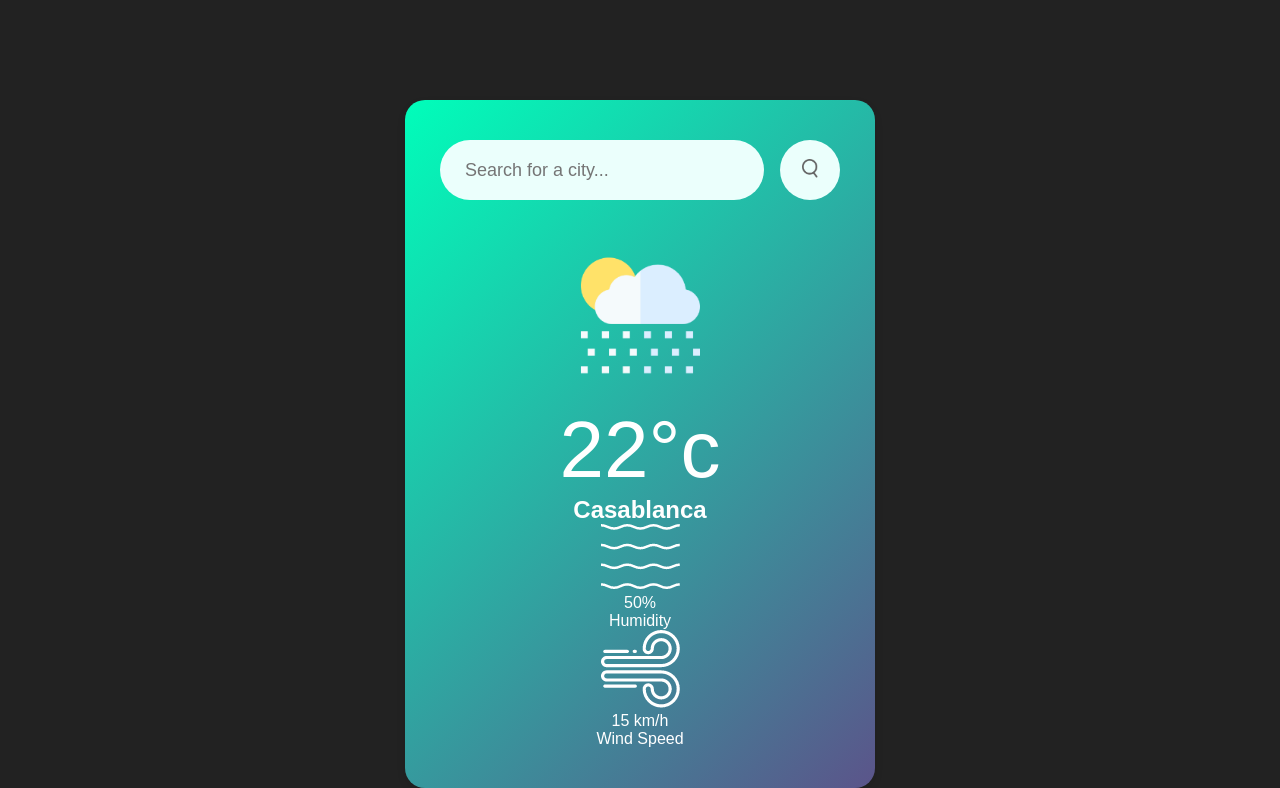
Repository: Abdelilah-Lakrim/Weather-App
Page: index.html
The author's editor kept a copy of each file at every save. The page is drawn from the files as they stood at one save, then again after a run of saves.
The browser window is 1280 px wide. The pictures show the whole page.

Above is the page before, as saved 2025-06-17 11:16:25.

### index.html
<!DOCTYPE html>
<html>
<head>
    <meta charset="UTF-8" />
    <title>Weather App</title>
    <link rel="stylesheet" href="style.css" >
</head>
<body>

    <div class="card">
        <div class="search">
            <input type="text" placeholder="Search for a city..." spellcheck="false" />
            <button><img src="images/search.png"></button>
        </div>
        <div class="weather">
            <img src="images/rain.png" class="weather-icon">
            <h1 class="temp">22°c</h1>
            <h2 class="city">Casablanca</h2>
            <div class="details">
                <div class="col">
                    <img src="images/humidity.png">
                    <div>
                        <p class="humidity">50%</p>
                        <p>Humidity</p>
                    </div>
                </div>
                <div class="col">
                    <img src="images/wind.png">
                    <div>
                        <p class="wind">15 km/h</p>
                        <p>Wind Speed</p>
                    </div>
                </div>
            </div>
        </div>
    </div>

</body>
</html>

### style.css
*{
    margin: 0;
    padding: 0;
    font-family: 'Poppins', sans-serif;
    box-sizing: border-box;
}
body{
    background-color: #222;
    color: #333;
}
.card{
    width: 90%;
    max-width: 470px;
    background: linear-gradient(135deg, #00feba, #5b548a);
    color: #fff;
    margin: 100px auto  0;
    padding: 40px 35px;
    border-radius: 20px;
    box-shadow: 0 4px 8px rgba(0, 0, 0, 0.1);
    overflow: hidden;
    position: relative;
    text-align: center;
}
.search{
    width: 100%;
    display: flex;
    align-items: center;
    justify-content: space-between;
}

.search input{
    border: 0;
    outline: 0;
    background: #ebfffc;
    color: #333;
    padding: 10px 25px;
    height: 60px;
    border-radius: 30px;
    flex: 1;
    margin-right: 16px;
    font-size: 18px;
}

.search button{
    border: 0;
    outline: 0;
    background: #ebfffc;
    height: 60px;
    width: 60px;
    border-radius: 50px;
    cursor: pointer;
}
.search button img{
    width: 16px;
}

.weather-icon{
    width: 170px;
    margin-top: 30px;

}

.weather h1{
    font-size: 80px;
    font-weight: 500;
}

After the next 2 saves:
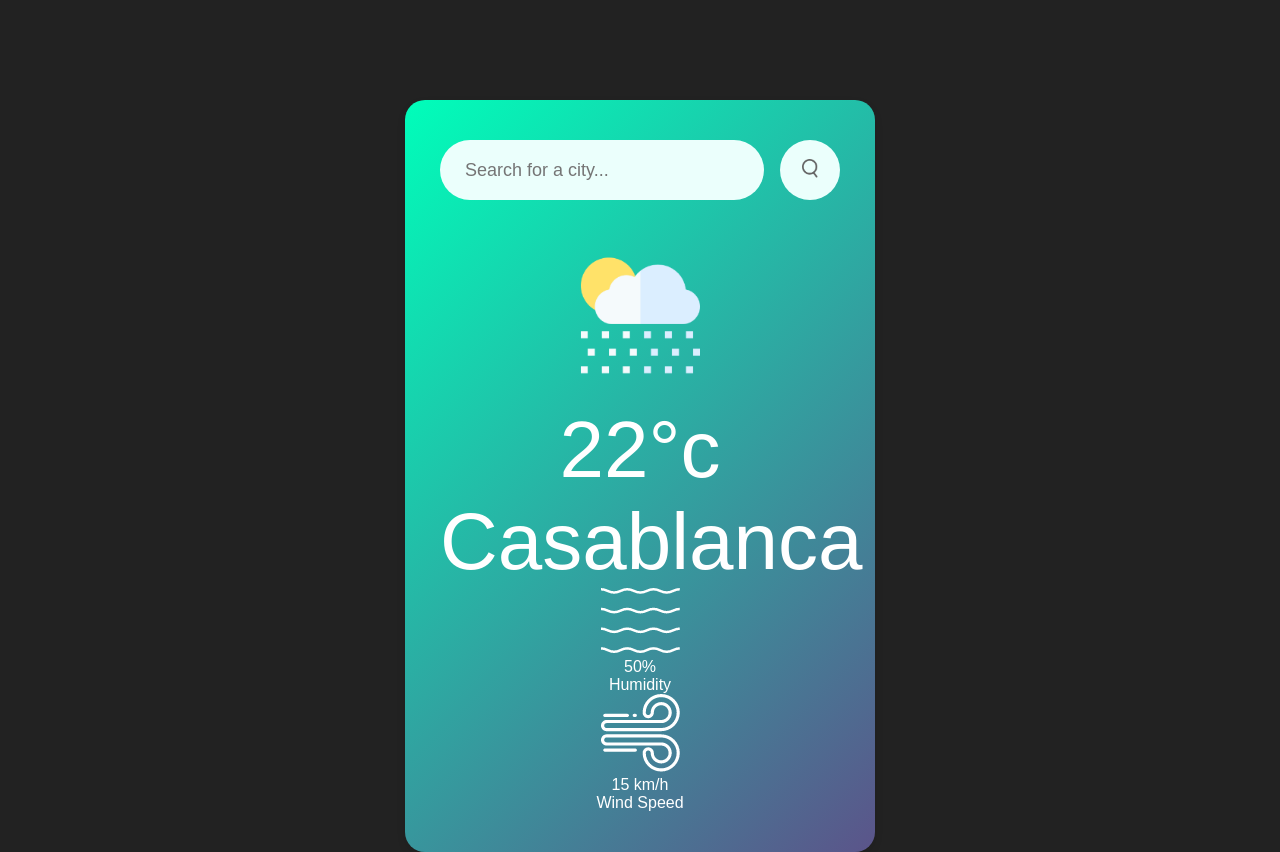
The 2 saves are shown as one change because they came seconds apart.
The last was saved 9 s later.
--- a/style.css
+++ b/style.css
@@ -64,3 +64,7 @@ body{
     font-size: 80px;
     font-weight: 500;
 }
+.weather h2{
+    font-size: 80px;
+    font-weight: 500;
+}
